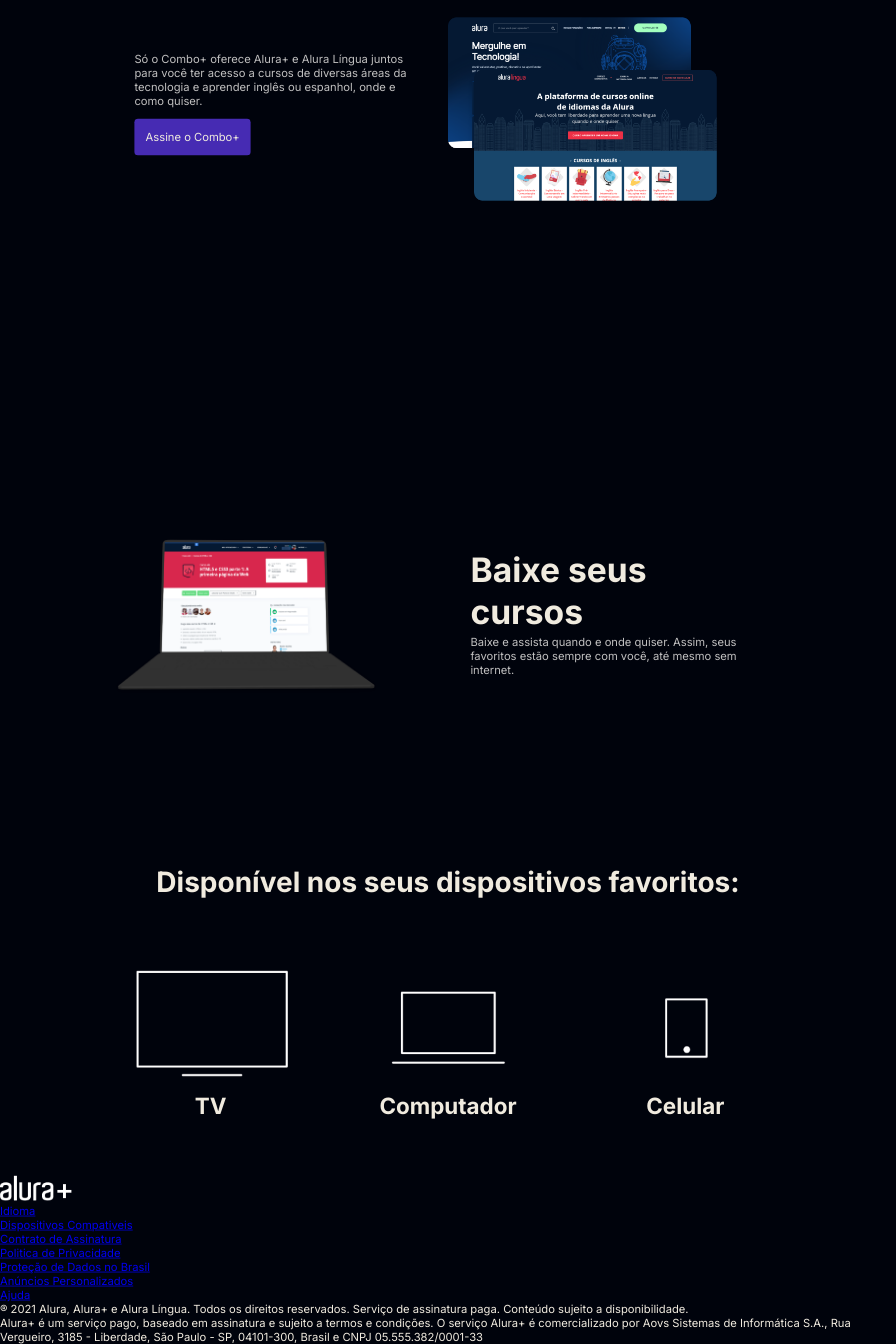
Repository: DamnDTX/praticando-font-end
Page: index.html
An editor plug-in stored every save of this project. The page is shown before and after the next save, followed by the edit.
The browser window is 1280 px wide. The pictures show the part of the page from y = 1644 to 3564 px (the page is 3564 px tall before and 3444 px after), at 70% of full size.

Above is the page before, as saved 2023-07-18 15:16:08.

After the next save:
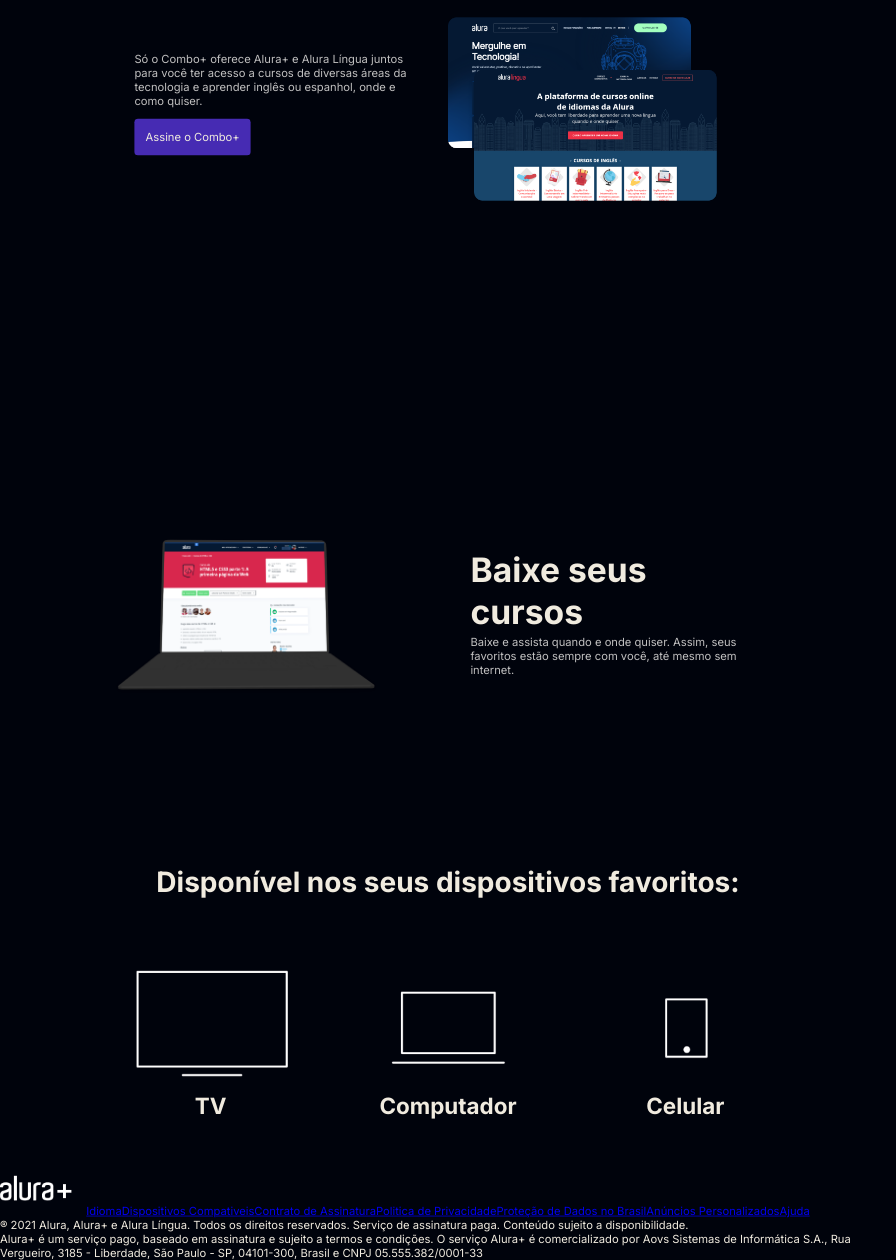
Saved 90 s later.
--- a/styles.css
+++ b/styles.css
@@ -117,3 +117,9 @@
     font-size: 2rem;
     font-family: var(--fonte-principal);
 }
+
+.rodape__lista{
+    display: flex;
+    justify-content: center;
+    list-style: none;
+}
